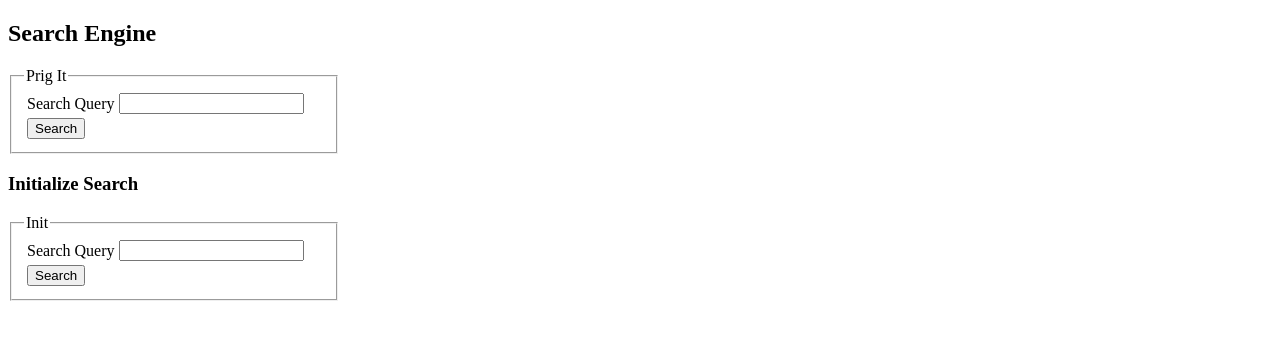
Repository: carlislk/java-SearchEngine
Page: http://localhost/web_search_1/
An editor plug-in stored every save of this project. The page is shown before and after the next save, followed by the edit.
The browser window is 1280 px wide. The pictures show the whole page.
The page is served by Tomcat 9. Other server files are loaded and not shown.

Above is the page before, as saved 2016-03-14 00:23:48.

### web_search_1/WebContent/index.jsp
<%@ page language="java" contentType="text/html; charset=UTF-8"
    pageEncoding="UTF-8"%>
        <%@ taglib uri="http://java.sun.com/jsp/jstl/core" prefix="c" %>

<!DOCTYPE html PUBLIC "-//W3C//DTD HTML 4.01 Transitional//EN" "http://www.w3.org/TR/html4/loose.dtd">
<html>
<head>
<meta http-equiv="Content-Type" content="text/html; charset=UTF-8">
<title>Insert title here</title>
</head>
<body>

<h2> Search Engine</h2>

<form action="searchEngine" method="get">
    <fieldset style="width: 300px">
        <legend> Prig It </legend>
        <table>
            <tr>
                <td>Search Query</td>
                <td><input type="text" name="userQuery" required="required" /></td>
            </tr>
            <tr>
                <td><input type="submit" value="Search" /></td>
            </tr>
        </table>
    </fieldset>
</form>

<c:if test="${empty searchResults}">
 			<h3>Initialize Search</h3>
 			<form action="searchEngine" method="get">
			    <fieldset style="width: 300px">
			        <legend> Init </legend>
			        <table>
			            <tr>
			                <td>Search Query</td>
			                <td><input type="text" name="userQuery" required="required" /></td>
			            </tr>
			            <tr>
			                <td><input type="submit" value="Search" /></td>
			            </tr>
			        </table>
			    </fieldset>
			</form>
</c:if>
<c:if test="${!empty searchResults}">
	<c:forEach items="${searchResults}" var="result">

		<p><br>
			<a href="${result}">${result}</a>
		</p>

	</c:forEach>
</c:if>





</body>
</html>

After the next save:
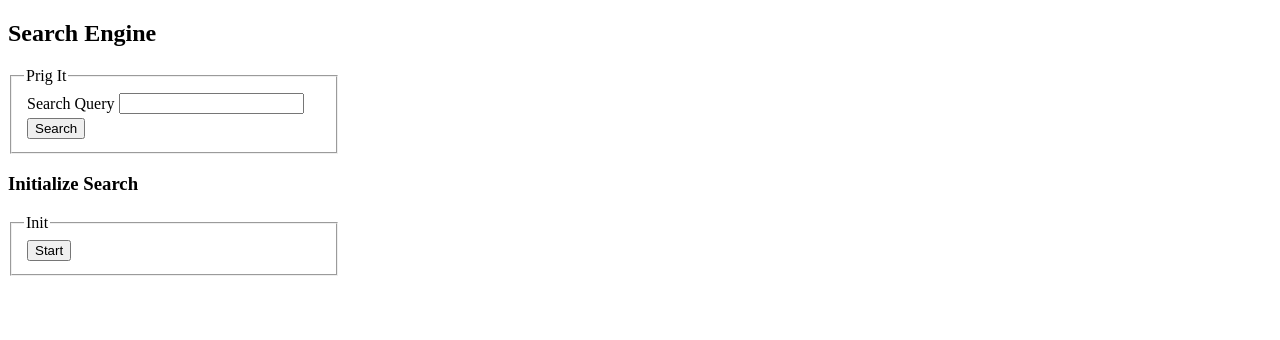
Saved 27 s later.
--- a/web_search_1/WebContent/index.jsp
+++ b/web_search_1/WebContent/index.jsp
@@ -34,11 +34,7 @@
 			        <legend> Init </legend>
 			        <table>
 			            <tr>
-			                <td>Search Query</td>
-			                <td><input type="text" name="userQuery" required="required" /></td>
-			            </tr>
-			            <tr>
-			                <td><input type="submit" value="Search" /></td>
+			                <td><input type="submit" value="Start" /></td>
 			            </tr>
 			        </table>
 			    </fieldset>
